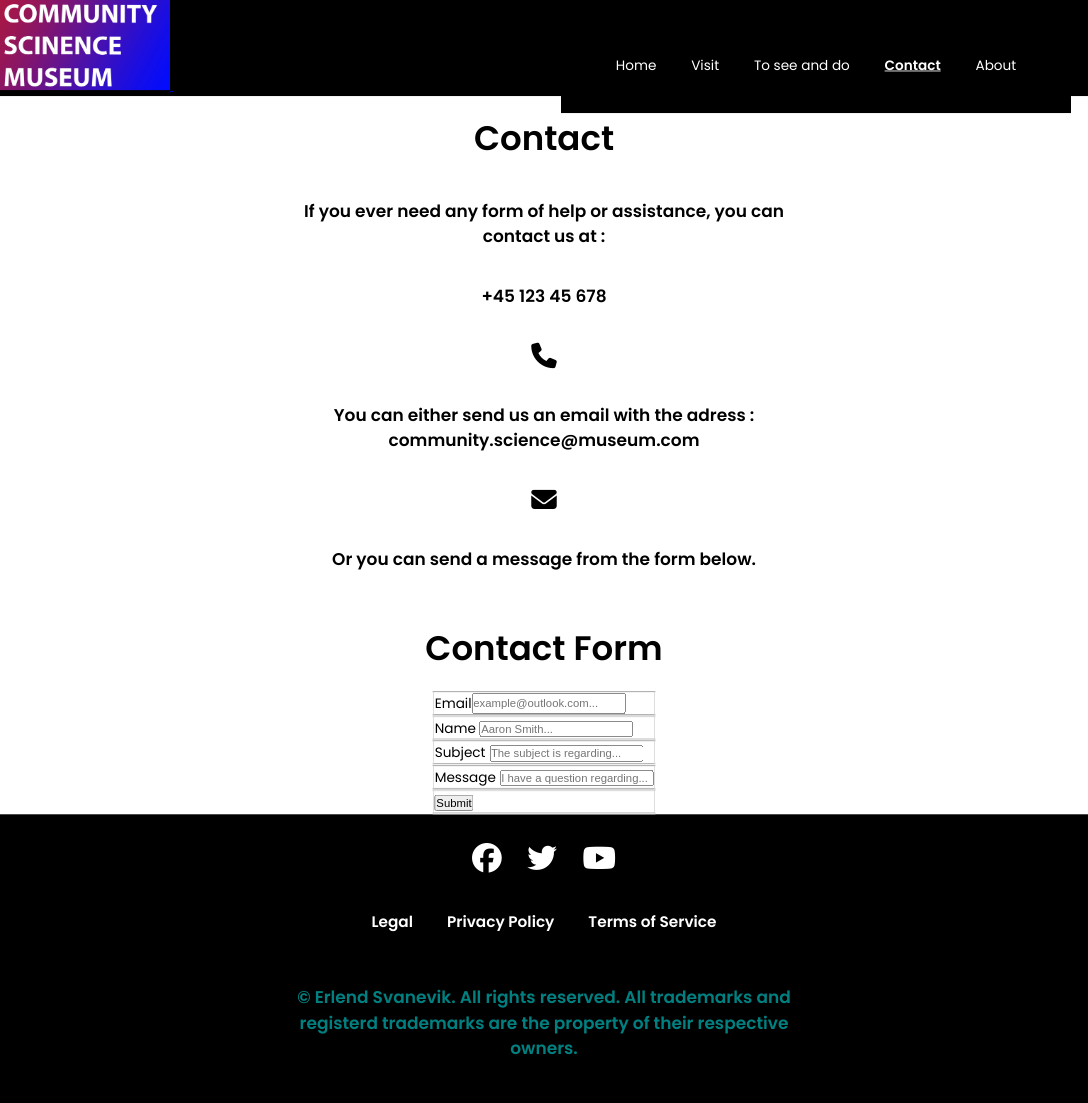
Repository: EpleWasTaken/Semester-Project
Page: contact.html
An editor plug-in stored every save of this project. The page is shown before and after the next save, followed by the edit.
The browser window is 1280 px wide. The pictures show the whole page, at 85% of full size.
Some web libraries are served in a nearby version.

Above is the page before, as saved 2020-12-11 22:07:43.

After the next save:
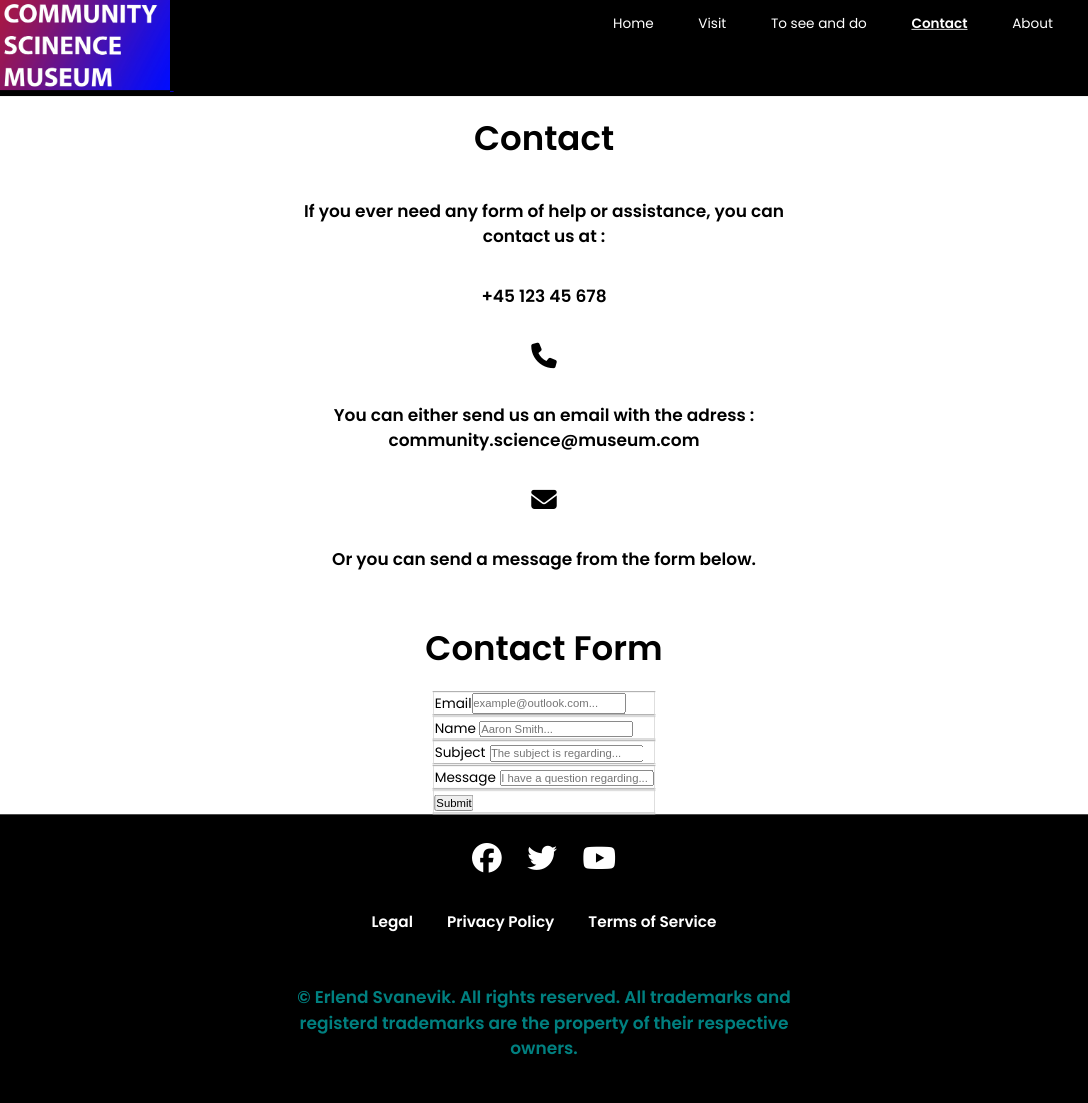
Saved 11 s later.
--- a/css/hamburger.css
+++ b/css/hamburger.css
@@ -30,7 +30,7 @@ nav a {
 	display: block;
 	position: absolute;
 	justify-content: space-between;
-	margin: 20px;
+	padding: 15px;
 	right: 0;
 	top: 5;
 	height: 100%;
